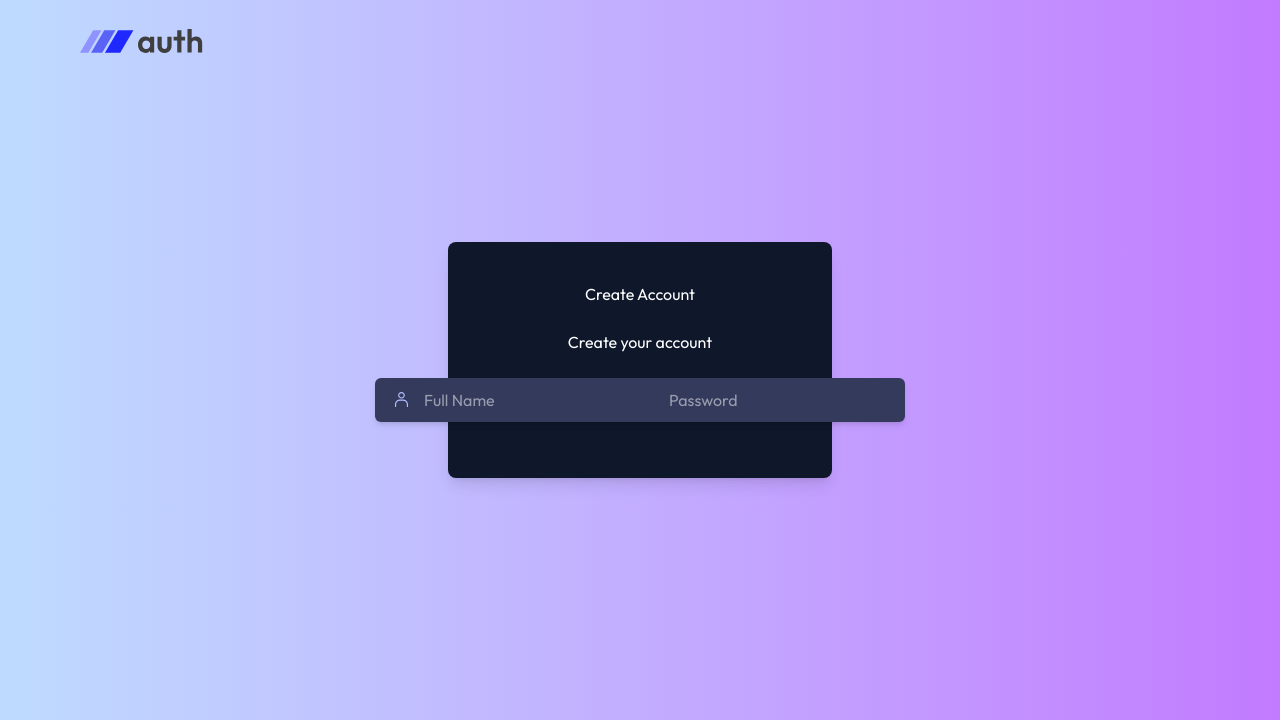
Repository: AuthnSapuarachchi/AuthnticationApplication-MERN-Stack
Page: /login (app in client/)
These files come from the project's save history. The page is drawn as it stood at one moment and after a run of saves; the edit follows.
The browser window is 1280 px wide. The pictures show the whole page.
The project was rebuilt for these pictures with package versions that can differ from the ones it lists, and the page was loaded fresh each time. Also part of the build but not shown: client/vite.config.js, client/src/components/NavBar.jsx, client/src/components/Header.jsx, client/src/pages/home.jsx, client/src/pages/ResetPassword.jsx, client/src/pages/EmailVerify.jsx.

Above is the page before, as saved 2025-07-31 12:07:13.

### client/index.html
<!doctype html>
<html lang="en">
  <head>
    <meta charset="UTF-8" />
    <link rel="icon" type="image/svg+xml" href="/favicon.svg" />
    <meta name="viewport" content="width=device-width, initial-scale=1.0" />
    <title>AuthCodeLab - MERN AUTH</title>
  </head>
  <body>
    <div id="root"></div>
    <script type="module" src="/src/main.jsx"></script>
  </body>
</html>

### client/src/main.jsx
import { StrictMode } from 'react'
import { createRoot } from 'react-dom/client'
import './index.css'
import App from './App.jsx'
import { BrowserRouter } from 'react-router-dom';

createRoot(document.getElementById('root')).render(
  <BrowserRouter>
    <App />
  </BrowserRouter>,
)

### client/src/index.css
@import url('https://fonts.googleapis.com/css2?family=Outfit:wght@100..900&display=swap');
@import "tailwindcss";

*{
  font-family: "Outfit", sans-serif;
}

### client/src/App.jsx
import React from 'react'
import { Routes, Router, Route } from 'react-router-dom'
import Home from './pages/home'
import Login from './pages/login'
import ResetPassword from './pages/ResetPassword'
import EmailVerify from './pages/EmailVerify'

const App = () => {
  return (
    <div>
      <Routes>
        <Route path='/' element={<Home />} />
        <Route path='/login' element={<Login />} />
        <Route path='/reset-password' element={<ResetPassword />} />
        <Route path='/email-verify' element={<EmailVerify />} />
      </Routes>
    </div>
  )
}

export default App

### client/src/pages/login.jsx
import React, { useState } from 'react'
import { assets } from '../assets/assets';

const Login = () => {
  const [state, setState] = useState('Sign Up');

  return (
    <div className='flex items-center justify-center min-h-screen px-6 sm:px-0 bg-gradient-to-r from-blue-200 to-purple-400 relative'>
      <img src={assets.logo} alt="" className='absolute left-5 sm:left-20
      top-5 w-28 sm:w-32 cursor-pointer' />
      <div className='bg-slate-900 p-10 rounded-lg shadow-lg w-full sm:w-96 text-white flex flex-col items-center gap-6'>
        <h2>{state === 'Sign Up' ? 'Create Account' : 'Login'}</h2>
        <p>{state === 'Sign Up' ? 'Create your account' : 'Login to your account'}</p>
        <form>
          <div className=' mb-4 flex items-center gap-4 w-full px-5 py-2.5 bg-[#333A5C] rounded-md shadow-md'>
            <img src={assets.person_icon} alt="" />
            <input type="text" placeholder='Full Name' className='bg-transparent outline-none' required/>
            <input type="password" placeholder='Password' className='bg-transparent outline-none' required/>
          </div>
        </form>
      </div>
    </div>
  )
}

export default Login

### client/src/assets/assets.js
import arrow_icon from './arrow_icon.svg'
import lock_icon from './lock_icon.svg'
import logo from './logo.svg'
import mail_icon from './mail_icon.svg'
import person_icon from './person_icon.svg'
import hand_wave from './hand_wave.png'
import header_img from './header_img.png'

export const assets = {
    arrow_icon,
    lock_icon,
    logo,
    mail_icon,
    person_icon,
    hand_wave,
    header_img
}

After the next 2 saves:
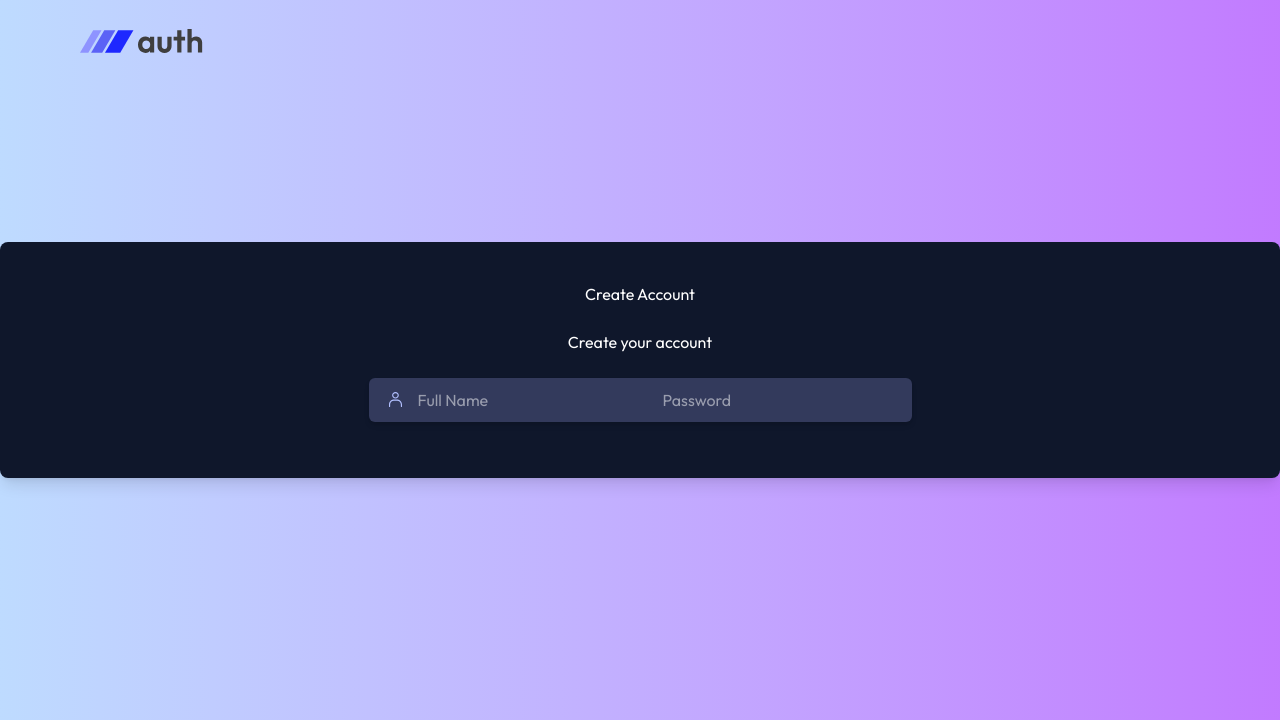
The 2 saves are shown as one change because they came seconds apart.
The last was saved 9 s later.
--- a/client/src/pages/login.jsx
+++ b/client/src/pages/login.jsx
@@ -8,7 +8,7 @@ const Login = () => {
     <div className='flex items-center justify-center min-h-screen px-6 sm:px-0 bg-gradient-to-r from-blue-200 to-purple-400 relative'>
       <img src={assets.logo} alt="" className='absolute left-5 sm:left-20
       top-5 w-28 sm:w-32 cursor-pointer' />
-      <div className='bg-slate-900 p-10 rounded-lg shadow-lg w-full sm:w-96 text-white flex flex-col items-center gap-6'>
+      <div className='bg-slate-900 p-10 rounded-lg shadow-lg w-full sm:left-20 text-white flex flex-col items-center gap-6'>
         <h2>{state === 'Sign Up' ? 'Create Account' : 'Login'}</h2>
         <p>{state === 'Sign Up' ? 'Create your account' : 'Login to your account'}</p>
         <form>
